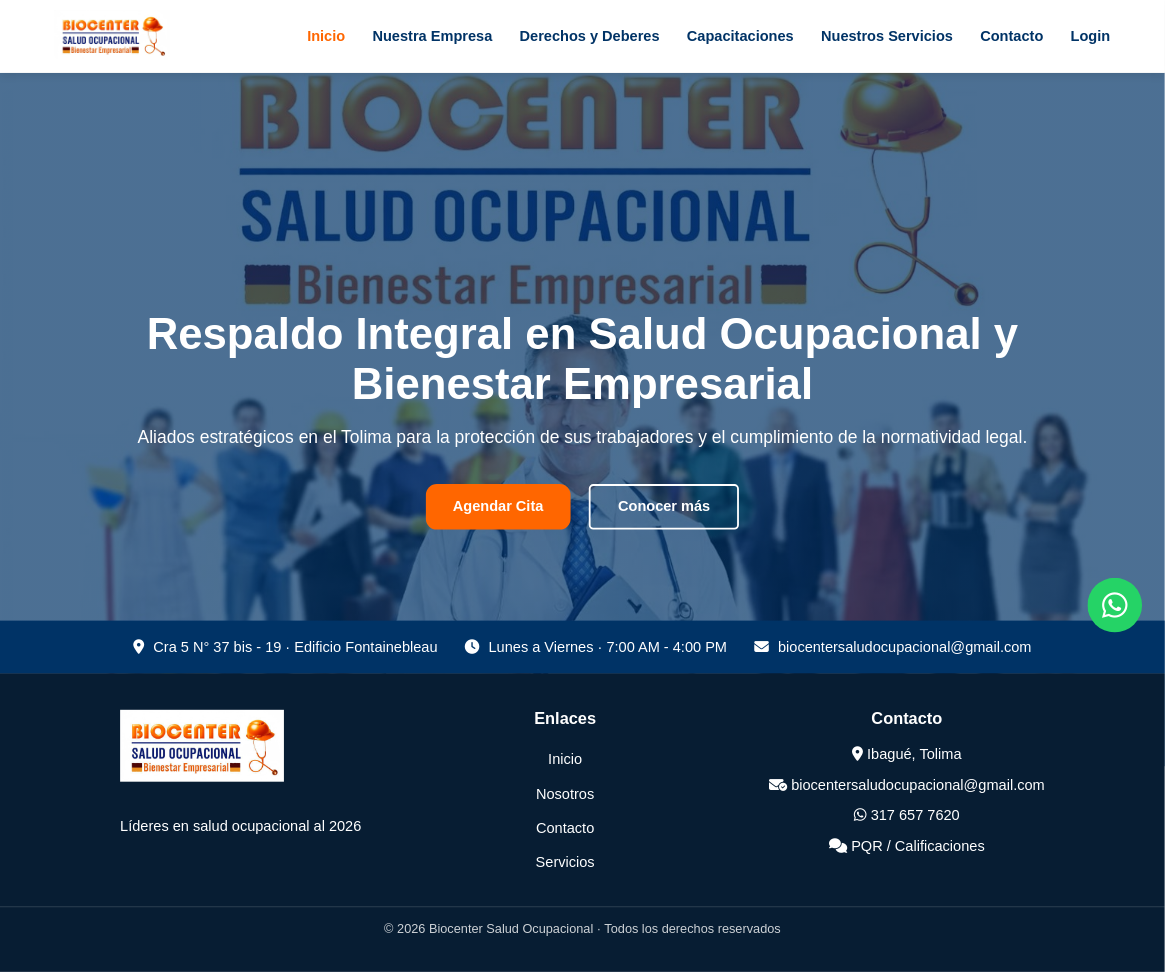
Repository: Miguelperdomo/Biocenter
Page: index.html
An editor plug-in stored every save of this project. The page is shown before and after a run of saves, followed by the edit.
The browser window is 1280 px wide. The pictures show the whole page, at 91% of full size.

Above is the page before, as saved 2026-02-17 09:09:38.

After the next 2 saves:
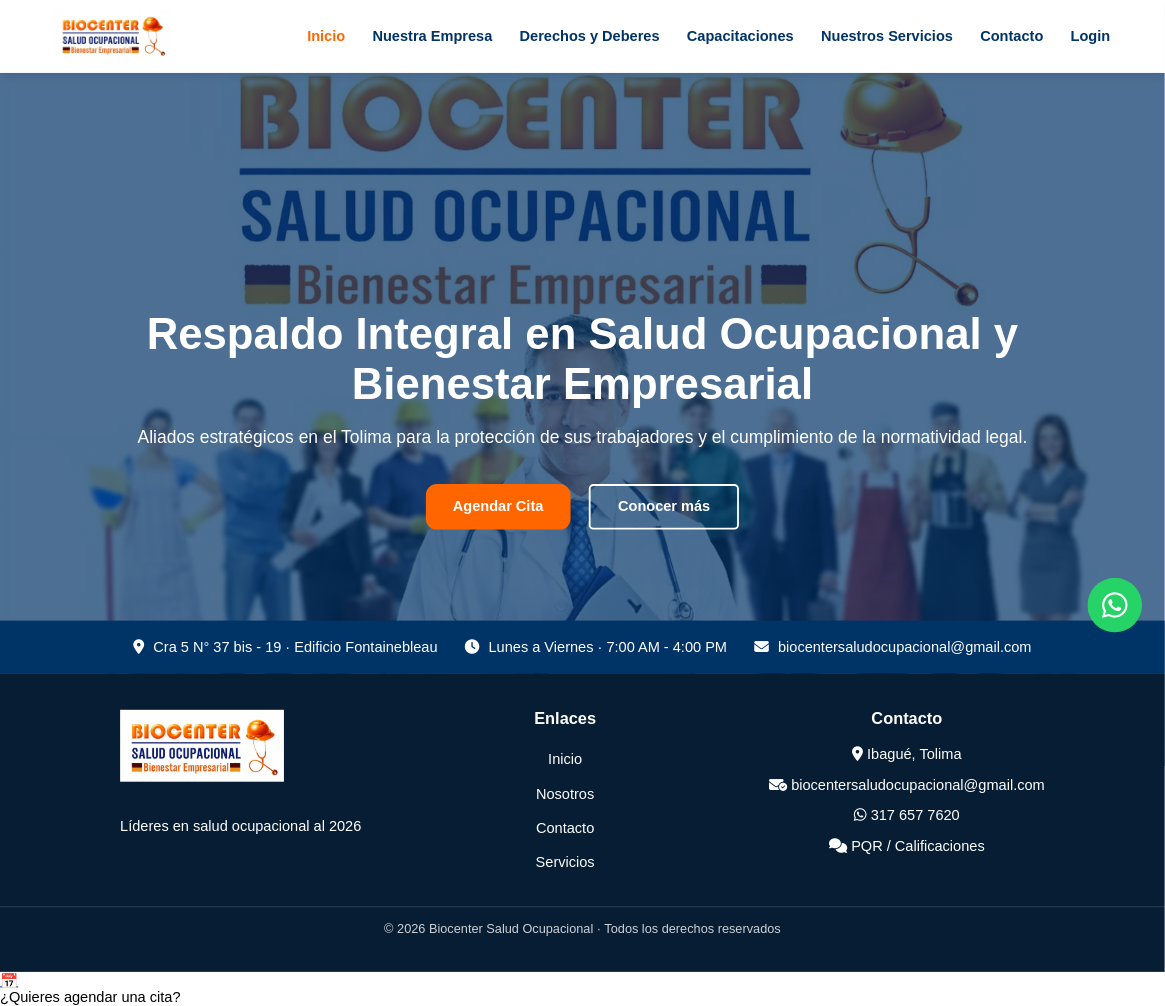
The 2 saves are shown as one change because they came seconds apart.
The last was saved 7 min 28 s later.
--- a/index.html
+++ b/index.html
@@ -203,6 +203,17 @@
 <a href="https://wa.me/573176577620" class="whatsapp-float" target="_blank">
     <i class="fab fa-whatsapp"></i>
 </a>
+
+<!-- Botón flotante -->
+<a href="formulario.html" class="btn-cita-flotante" id="btnCita">
+    📅
+</a>
+
+<!-- Mensaje emergente -->
+<div class="mensaje-cita" id="mensajeCita">
+    ¿Quieres agendar una cita?
+</div>
+
 <!-- ================= FIN ================= -->
 
 <!-- ================= FIN FOOTER ================= -->
